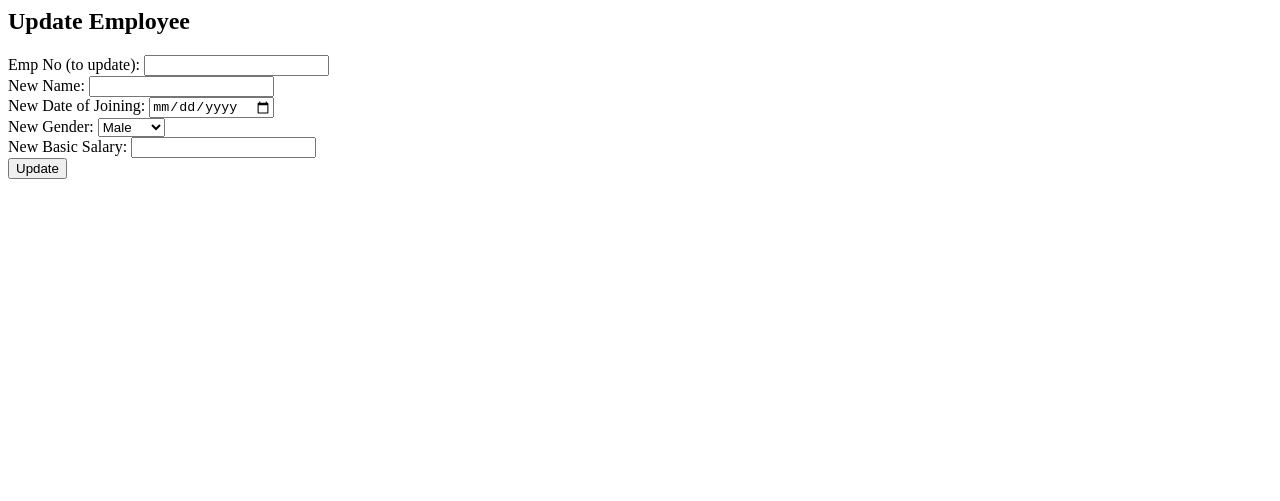
Repository: KUSUMA-74/Advance-JavaProject
Page: http://localhost/EmployeeWebApp/empupdate.jsp
The author's editor kept a copy of each file at every save. The page is drawn from the files as they stood at one save, then again after the next save.
The browser window is 1280 px wide. The pictures show the whole page.
The page is served by Tomcat 9. Other server files are loaded and not shown.

Above is the page before, as saved 2025-05-28 18:03:22.

### EmployeeWebApp/src/main/webapp/empupdate.jsp
<%@ page language="java" contentType="text/html; charset=UTF-8" %>
<html>
<head><title>Update Employee</title></head>
<body>
    <h2>Update Employee</h2>
    <form action="UpdateEmployeeServlet" method="post">
        Emp No (to update): <input type="number" name="empno" required><br>
        New Name: <input type="text" name="empname"><br>
        New Date of Joining: <input type="date" name="doj"><br>
        New Gender:
        <select name="gender">
            <option>Male</option>
            <option>Female</option>
        </select><br>
        New Basic Salary: <input type="number" step="0.01" name="bsalary"><br>
        <input type="submit" value="Update">
    </form>
</body>
</html>

After the next save:
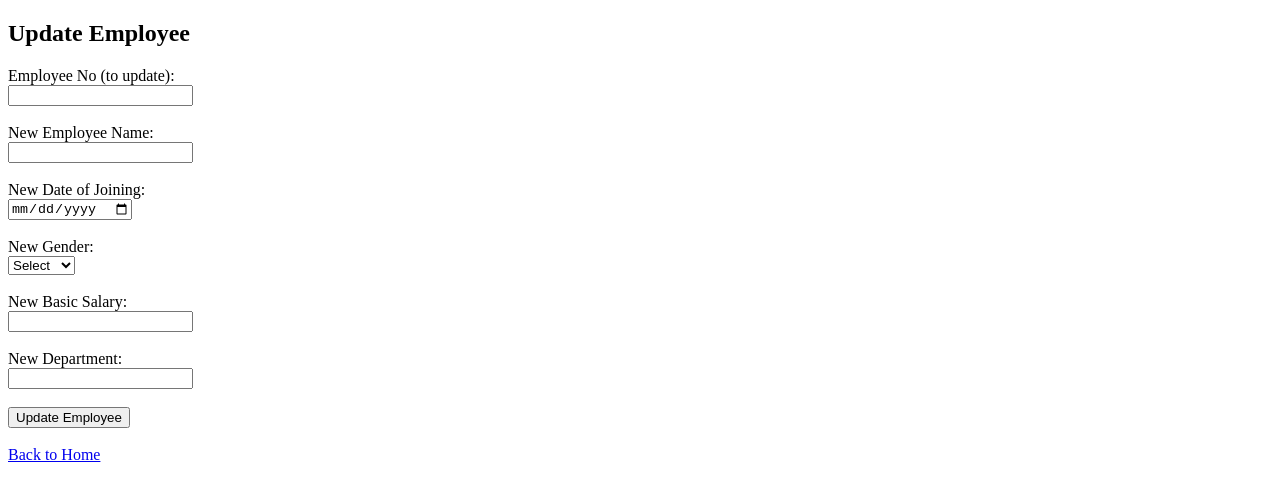
Saved 15 s later.
--- a/EmployeeWebApp/src/main/webapp/empupdate.jsp
+++ b/EmployeeWebApp/src/main/webapp/empupdate.jsp
@@ -1,19 +1,41 @@
-<%@ page language="java" contentType="text/html; charset=UTF-8" %>
+<!DOCTYPE html>
 <html>
-<head><title>Update Employee</title></head>
+<head>
+    <title>Update Employee</title>
+</head>
 <body>
-    <h2>Update Employee</h2>
-    <form action="UpdateEmployeeServlet" method="post">
-        Emp No (to update): <input type="number" name="empno" required><br>
-        New Name: <input type="text" name="empname"><br>
-        New Date of Joining: <input type="date" name="doj"><br>
-        New Gender:
-        <select name="gender">
-            <option>Male</option>
-            <option>Female</option>
-        </select><br>
-        New Basic Salary: <input type="number" step="0.01" name="bsalary"><br>
-        <input type="submit" value="Update">
-    </form>
+
+<h2>Update Employee</h2>
+
+<form action="UpdateEmployeeServlet" method="post">
+    <label>Employee No (to update):</label><br/>
+    <input type="number" name="empno" required /><br/><br/>
+
+    <label>New Employee Name:</label><br/>
+    <input type="text" name="empname" /><br/><br/>
+
+    <label>New Date of Joining:</label><br/>
+    <input type="date" name="doj" /><br/><br/>
+
+    <label>New Gender:</label><br/>
+    <select name="gender">
+        <option value="">Select</option>
+        <option value="Male">Male</option>
+        <option value="Female">Female</option>
+        <option value="Other">Other</option>
+    </select><br/><br/>
+
+    <label>New Basic Salary:</label><br/>
+    <input type="number" name="bsalary" step="0.01" /><br/><br/>
+
+    <label>New Department:</label><br/>
+    <input type="text" name="department" /><br/><br/>
+
+    <input type="submit" value="Update Employee" />
+</form>
+
+<br/>
+<a href="index.jsp">Back to Home</a>
+
 </body>
 </html>
